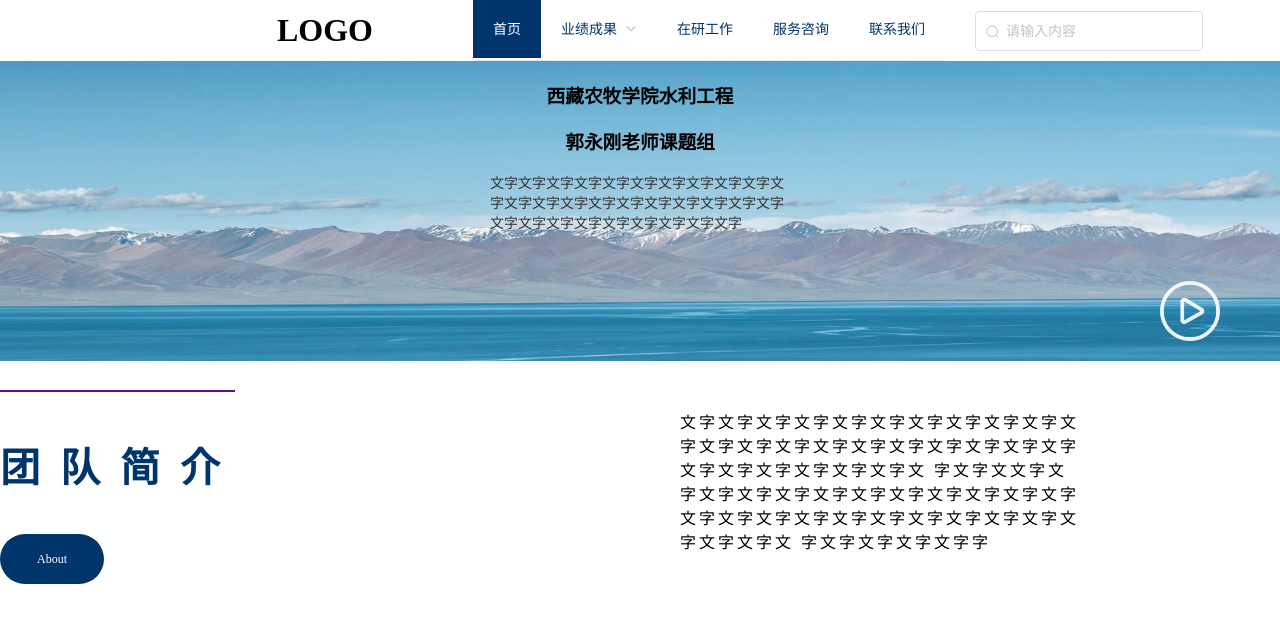
Repository: BLSY/xzust
Page: /
The author's editor kept a copy of each file at every save. The page is drawn from the files as they stood at one save, then again after the next save.
The browser window is 1280 px wide. The pictures show the whole page.
The project was rebuilt for these pictures with package versions that can differ from the ones it lists, and the page was loaded fresh each time.

Above is the page before, as saved 2022-11-26 21:35:24.

After the next save:
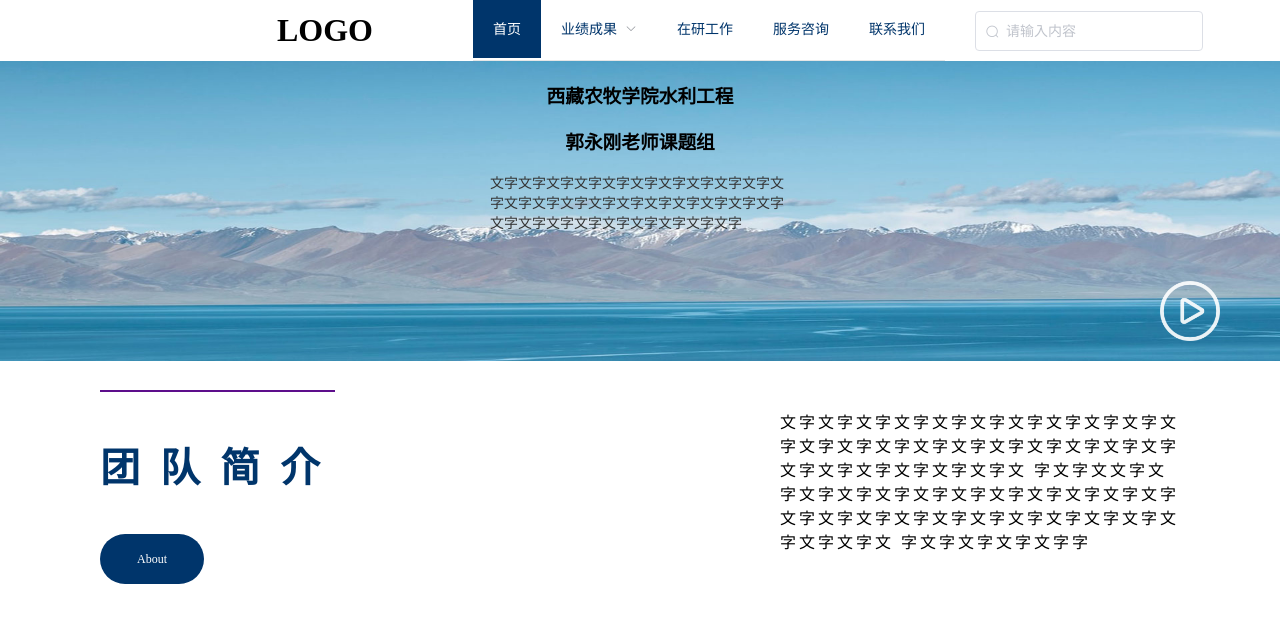
Saved 48 s later.
--- a/src/components/HelloWorld.vue
+++ b/src/components/HelloWorld.vue
@@ -156,6 +156,7 @@ export default {
     flex-direction: row;
     align-items: center;
     justify-content: space-between;
+    padding: 0 100px;
   }
   .team-left{
     width: 500px;
